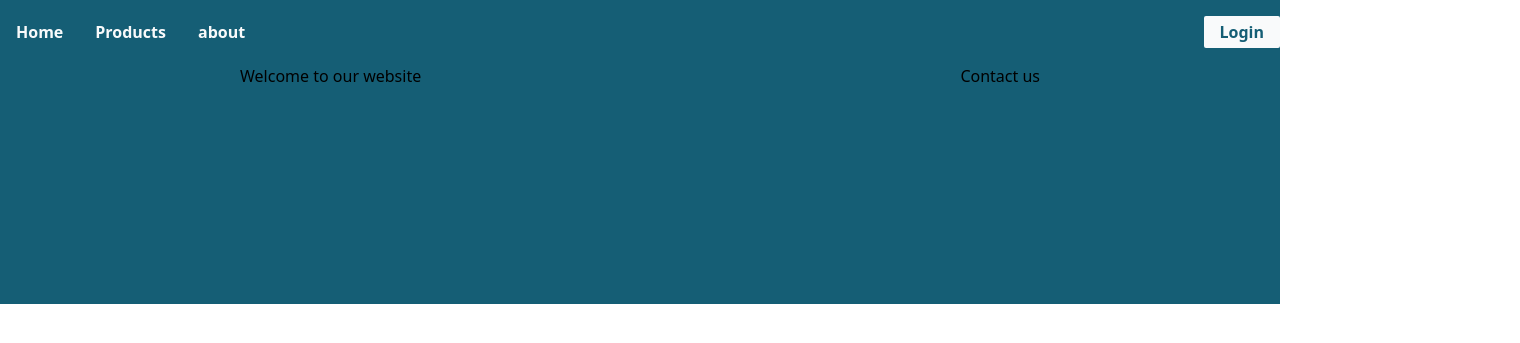
Repository: Sanaa00/svelte-test
Page: /
The author's editor kept a copy of each file at every save. The page is drawn from the files as they stood at one save, then again after the next save.
The browser window is 1280 px wide. The page is 1280 px wide, then 1520 px, so the pictures cover 1520 px, including what lies to the right of the window. The pictures show the whole page.
The project was rebuilt for these pictures with package versions that can differ from the ones it lists, and the page was loaded fresh each time. The framework's server and built-in components were replaced by stand-ins that run in the browser. Also part of the build but not shown: svelte.config.js, vite.config.js.

Above is the page before, as saved 2024-12-08 19:41:45.

### src/routes/+page.svelte
<script>
	import Footer from '../component/Footer.svelte';
	import Navbar from '../component/Navbar.svelte';
</script>

<Navbar />

<Footer />

### src/component/Footer.svelte
<script>
</script>

<main class="flex h-60 justify-between bg-cyan-800 px-60">
	<div>Welcome to our website</div>

	<div>Contact us</div>
</main>

### src/component/Navbar.svelte
<script>
</script>

<nav class="flex h-16 w-full items-center justify-between bg-cyan-800">
	<ul class="flex">
		<li class="px-4 font-semibold text-gray-50">Home</li>
		<li class="px-4 font-semibold text-gray-50">Products</li>
		<li class="px-4 font-semibold text-gray-50">about</li>
	</ul>
	<button
		class="rounded-sm bg-gray-50 px-4 py-1 font-semibold text-cyan-800
           ">Login</button
	>
</nav>

### tailwind.config.js
import containerQueries from '@tailwindcss/container-queries';
import forms from '@tailwindcss/forms';
import typography from '@tailwindcss/typography';

/** @type {import('tailwindcss').Config} */
export default {
	content: ['./src/**/*.{html,js,svelte,ts}'],

	theme: {
		extend: {}
	},

	plugins: [typography, forms, containerQueries]
};

Loaded but not shown: src/app.html (common file); src/routes/+layout.svelte (common file); src/app.css (common file)

After the next save:
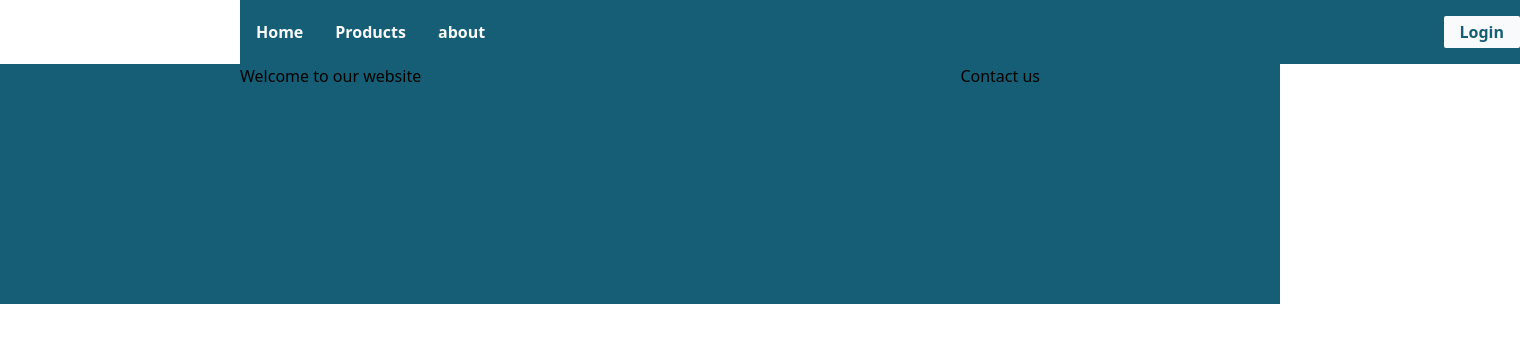
Saved 20 s later.
--- a/src/component/Navbar.svelte
+++ b/src/component/Navbar.svelte
@@ -1,7 +1,7 @@
 <script>
 </script>
 
-<nav class="flex h-16 w-full items-center justify-between bg-cyan-800">
+<nav class="mx-60 flex h-16 w-full items-center justify-between bg-cyan-800">
 	<ul class="flex">
 		<li class="px-4 font-semibold text-gray-50">Home</li>
 		<li class="px-4 font-semibold text-gray-50">Products</li>
